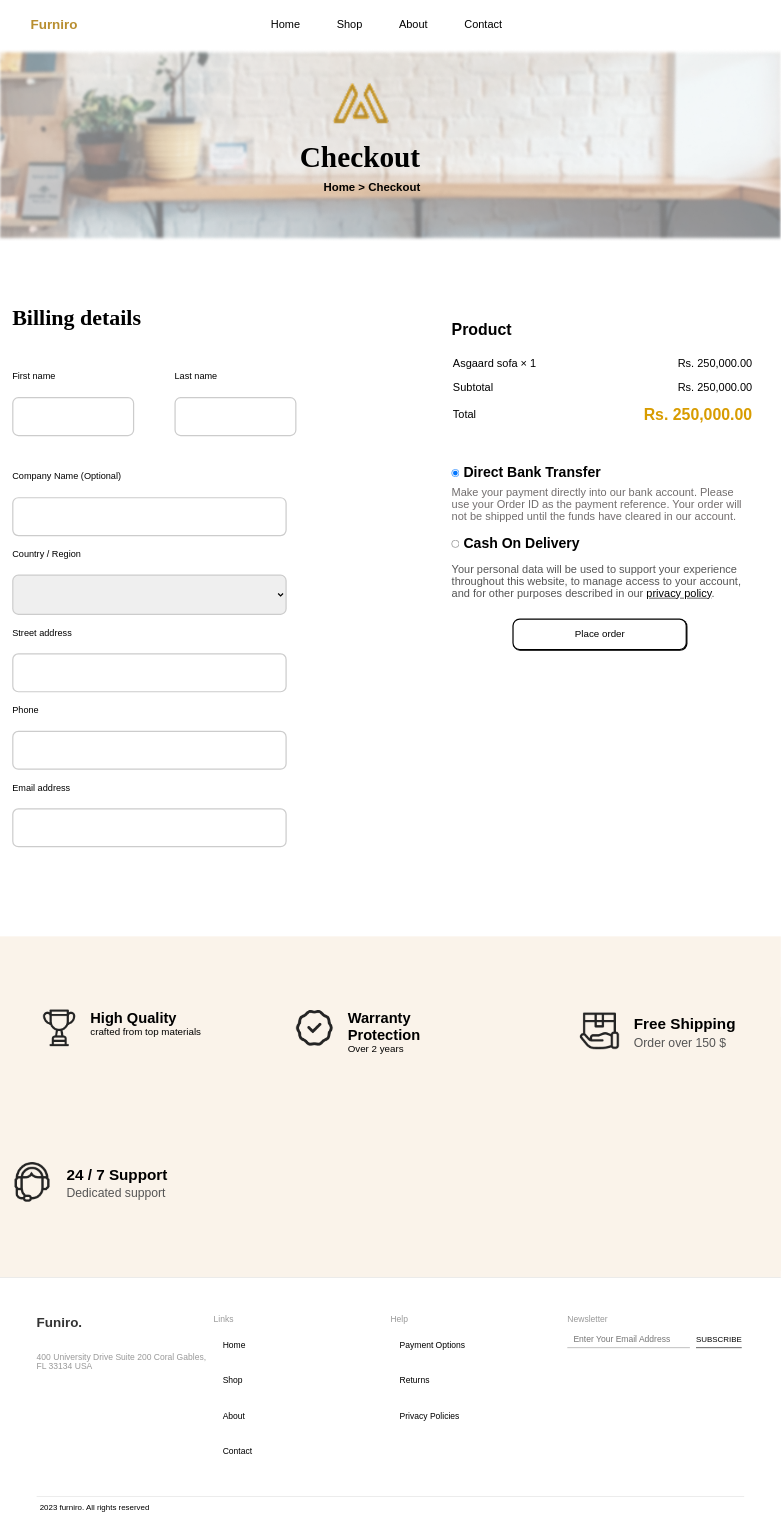
Repository: Ali1Kh/Furniro-ITI
Page: pages/checkout.html
These files come from the project's save history. The page is drawn as it stood at one moment and after the next save; the edit follows.
The browser window is 1280 px wide. The pictures show the whole page, at 61% of full size.

Above is the page before, as saved 2025-07-19 21:57:37.

### pages/checkout.html
<!DOCTYPE html>
<html lang="en">

<head>
  <meta charset="UTF-8">
  <meta name="viewport" content="width=device-width, initial-scale=1.0">
  <title>CheckOut</title>
  <link rel="shortcut icon" href="../assets/icons/Logo.png" type="image/x-icon">
  <link rel="stylesheet" href="../styles/index.css">
  <link rel="stylesheet" href="../styles/checkout.css">
</head>

<body>

  <nav>
    <!-- Navigation -->
    <div class="navBar">
      <div class="text">
        <p>Furniro</p>
      </div>

      <div class="menu-icon" onclick="toggleSidebar()">☰</div>

      <div class="navBarLinks">
        <ul>
          <li><a href="/pages/home.html">Home</a></li>
          <li><a href="/pages/shop.html">Shop</a></li>
          <li><a href="/">About</a></li>
          <li><a href="/pages/contact.html">Contact</a></li>
        </ul>
      </div>

     <div class="navBarIcons">
        <a href="/pages/Compare.html"><i class="fa-solid fa-user"></i></a>
        <a href="/pages/shop.html"><i class="fa-solid fa-magnifying-glass"></i></a>
        <a href="/"><i class="fa-solid fa-heart"></i></a>
        <a href="/pages/checkout.html"><i class="fa-solid fa-cart-plus"></i></a>
      </div>
    </div>


    <!-- Sidebar for mobile -->
    <div class="sidebar" id="sidebar">
      <a href="" onclick="toggleSidebar()">✖</a>
      <a href="">Home</a>
      <a href="/pages/shop.html">Shop</a>
      <a href="/">About</a>
      <a href="/pages/contact.html">Contact</a>
    </div>
  </nav>

  <main class="checkout">
    <div id="home">
      <div class="img-conteaner">
        <img src="../assets/img/Rectangle 1.png" alt="">

        <div class="text-conteaner">
          <img src="../assets/icons/Logo.png" alt="" style="width: 100px;height: 77px;margin-top: -80px; left: 1px; ">
          <h2 style="font-size: 48px; font-family: Poppins; top: 20px;">Checkout</h2>
          <h3 style="top: 30px;left: -11px; "><span style="width: 48;height: 24;top: 295px;left: 660px; ">Home ></span>
            Checkout</h3>
        </div>
      </div>
    </div>

    <div id="content">
      <div class="form">
        <h1 style="font-family: Poppins;font-weight: 600;font-style: SemiBold;font-size: 36px;">Billing details</h1>
        <br><br>
        <form>
          <div class="input" style="width: 200px;">
            <label>First name</label><br>
            <input type="text" name="firatname" id="firatname">
          </div>

          <div class="input" style="width: 200px; position: relative;bottom: 127px;left: 266px;">
            <label>Last name</label><br>
            <input type="text" name="lastname" id="lastname">
          </div>

          <div class="input" style="position: relative; bottom: 90px; width: 450px;">
            <label>Company Name (Optional)</label><br>
            <input type="text" name="Companyname(Optional)" id="Companyname(Optional)">
          </div>

          <div class="input" style="position: relative; bottom: 90px; width: 450px;">
            <label>Country / Region</label><br>
            <select>
              <option></option>
              <option>UK</option>
              <option>Argantina</option>
              <option>Brasil</option>
              <option>Egypt</option>
              <option>USA</option>
            </select>
          </div>

          <div class="input" style="position: relative; bottom: 90px; width: 450px;">
            <label>Street address</label><br>
            <input type="text" name="Streetaddress" id="Streetaddress">
          </div>

          <div class="input" style="position: relative; bottom: 90px; width: 450px;">
            <label>Phone</label><br>
            <input type="number" name="Phone" id="Phone">
          </div>

          <div class="input" style="position: relative; bottom: 90px; width: 450px;">
            <label>Email address</label><br>
            <input type="email" name="Emailaddress" id="Emailaddress">
          </div><br><br>

        </form>
      </div>
      <div class="table">
        <div class="order-summary">
          <h2>Product</h2>
          <table>
            <tr>
              <td>Asgaard sofa × 1</td>
              <td style="text-align: right;">Rs. 250,000.00</td>
            </tr>
            <tr>
              <td>Subtotal</td>
              <td style="text-align: right;">Rs. 250,000.00</td>
            </tr>
            <tr>
              <td>Total</td>
              <td style="text-align: right;" class="total">Rs. 250,000.00</td>
            </tr>
          </table><br><br>

          <div class="payment-methods">
            <label><input type="radio" name="payment" checked> Direct Bank Transfer</label>
            <p>
              Make your payment directly into our bank account. Please use your Order ID as the payment reference. Your
              order will not be shipped until the funds have cleared in our account.
            </p>

            <label><input type="radio" name="payment"> Cash On Delivery</label>
          </div>

          <div class="privacy">
            Your personal data will be used to support your experience throughout this website, to manage access to your
            account, and for other purposes described in our <a href="#">privacy policy</a>.
          </div>

          <button class="btn">Place order</button>
        </div>
      </div>
    </div>

    <div id="quality">
      <div class="1"
        style="display: flex; gap: 1.5rem; padding-top: 80px; padding-bottom: 80px;width: 25%;padding-left: 50px;">
        <div class="l"><img src="../assets/icons/Group copy.png" alt=""></div>
        <div class="r">
          <h2>High Quality</h2>
          <p>crafted from top materials</p>
        </div>

      </div>
      <div class="2" style="display: flex; gap: 1.5rem; padding-top: 80px; padding-bottom: 80px;width: 25%;">
        <div class="l"><img src="../assets/icons/Group (2).png" alt=""></div>
        <div class="r">
          <h2>Warranty Protection</h2>
          <p>Over 2 years</p>
        </div>

      </div>
      <div class="quality-box" style="display: flex; gap: 1.5rem; padding-top: 80px; padding-bottom: 80px;width: 25%;">
        <div class="l"><img src="../assets/icons/Vector (2).png" alt=""></div>
        <div class="r">
          <h2>Free Shipping</h2>
          <p>Order over 150 $</p>
        </div>

      </div>
      <div class="quality-box" style="display: flex; gap: 1.5rem; padding-top: 80px; padding-bottom: 80px;width: 25%;">
        <div class="l"><img src="../assets/icons/customer-support.png" alt=""></div>
        <div class="r">
          <h2>24 / 7 Support</h2>
          <p>Dedicated support</p>
        </div>

      </div>

    </div>
  </main>

  <footer class="footer">
    <div class="footer-container">
      <div class="footer-sec">
        <h2 class="logo">Funiro.</h2>
        <p style="padding-top: 20px;">400 University Drive Suite 200 Coral Gables,<br>FL 33134 USA</p>
      </div>

      <div class="footer-sec">
        <h4>Links</h4>
        <ul>
          <li><a href="#">Home</a></li>
          <li><a href="#">Shop</a></li>
          <li><a href="#">About</a></li>
          <li><a href="#">Contact</a></li>
        </ul>
      </div>

      <div class="footer-sec">
        <h4>Help</h4>
        <ul>
          <li><a href="#">Payment Options</a></li>
          <li><a href="#">Returns</a></li>
          <li><a href="#">Privacy Policies</a></li>
        </ul>
      </div>

      <div class="footer-sec new">
        <h4>Newsletter</h4>
        <div class="subscribe">
          <input type="email" placeholder="Enter Your Email Address">
          <button>SUBSCRIBE</button>
        </div>
      </div>
    </div>

    <div class="footer-bottom">
      <p>2023 furniro. All rights reserved</p>
    </div>
  </footer>

  <script src="../scripts/index.js"></script>

</body>

</html>

### styles/index.css
:root {
  --mainColor: #feeed8;
}

* {
  margin: 0;
  padding: 0;
  box-sizing: border-box;
}

body {
  font-family: "Poppins", sans-serif;
}

.navBar img {
  display: inline;
}

.navBar {
  width: 100%;
  height: 80px;
  display: flex;
  justify-content: space-between;
  align-items: center;
  padding: 0 50px;
  background-color: #fff;
  z-index: 1000;
  position: sticky;
  top: 0;
}

.navBarLinks ul {
  list-style: none;
  display: flex;
  gap: 60px;
}

.navBarLinks a {
  text-decoration: none;
  font-size: 18px;
  color: black;
}

.navBarIcons {
  display: flex;
  gap: 30px;
}

.text p {
  font-weight: bold;
  font-size: 22px;
  color: #b88e2f;
}

/* Sidebar for mobile */
.sidebar {
  height: 100%;
  width: 0;
  position: fixed;
  background-color: #8d8d8d;
  overflow-x: hidden;
  transition: 0.3s;
  padding-top: 60px;
  z-index: 999;
}
.sidebar a {
  padding: 12px 20px;
  text-decoration: none;
  font-size: 20px;
  color: white;
  display: block;
}
.sidebar a:hover {
  background-color: #444;
}

.menu-icon {
  font-size: 28px;
  cursor: pointer;
  display: none;
  padding: 15px;
}

/* Quality */

#quality {
  display: flex;
  background-color: rgba(250, 243, 234, 1);
  width: 100%;
}

/* Page Header */

#pageHeader .imge {
  position: relative;
  width: 100%;
  height: auto;
}

#pageHeader .imge img {
  width: 100%;
  height: auto;
  display: block;
}

#pageHeader .adresIn {
  position: absolute;
  top: 50%;
  left: 50%;
  transform: translate(-50%, -50%);
  color: black;
  text-align: center;
}

#pageHeader .mainP1 {
  font-size: 48px;
}
#pageHeader .scoundP1 {
  font-size: 16px;
}

.footerBox {
  height: 400px;
  width: 100%;
}
.with-line::before,
.with-line::after {
  content: "";
  display: block;
  height: 1px;
  background-color: #c6c6c6;
  margin: 20px auto;
  width: 100%;
}

.with-line::after {
  width: 82%;
}

.infoterbox {
  margin-left: 100px;
  margin-right: 100px;
  display: grid;
  grid-template-columns: 1fr 1fr 1fr 1.5fr;
  gap: 20px;
  padding: 30px;
  color: white;

  height: 100%;
}

.mainFooterBar {
  font-weight: bold;
  font-size: 24px;
  color: #000;
}
.scoundFooterBar {
  font-size: 16px;
  font-weight: 300;
  color: #9f9f9f;
  position: relative;
  top: 40px;
}

.prgraphF {
  position: relative;
  top: 54px;
}

.infoterboxLM a,
.infoterboxRM a {
  display: block;
  margin-top: 55px;
  text-decoration: none;
  color: #000;
  width: 70%;
}

.infoterboxLM p,
.infoterboxRM p,
.prgraphFF p {
  font-size: 16px;
  font-weight: 300;
  color: #9f9f9f;
}

.SUBSCRIBE {
  position: relative;
  top: 53px;
}

.SUBSCRIBE button {
  font-size: 14px;
  font-weight: bold;
  width: 85px;
  height: 21px;
  border: none;
  border-bottom: 1px solid black;
  margin-left: 15px;
  background-color: white;

  cursor: pointer;
}

.SUBSCRIBE input {
  font-size: 14px;
  width: 200px;
  height: 21px;
  color: #9f9f9f;
  border: none;
  border-bottom: 1px solid black;
}

.SUBSCRIBE input:focus {
  outline: none;
}

@media (max-width: 768px) {
  .navBarLinks {
    display: none;
  }
  .menu-icon {
    display: block;
  }
  .navBarIcons {
    display: none;
  }
}

@media (max-width: 767px) {
  .navBarIcons {
    display: none;
  }
}

### styles/checkout.css
* {
  margin: 0;
  padding: 0;
}
.checkout ul {
  list-style: none;
}

.checkout a {
  text-decoration: none;
}

/* start header */

#header {
  background-color: rgb(250, 245, 240);
  border: 1px solid #ccc;
  width: 100%;
  height: 90px;
}
#header .navbar {
  display: flex;
  justify-content: space-between;
  align-items: center;
}
#header .navbar .logo {
  display: flex;
  width: 185;
  height: 41;
  opacity: 1;
  top: 29px;
  left: 54px;
  gap: 5px;
}
#header .navbar img {
  width: 185;
  height: 41px;
  top: 29px;
  left: 54px;
  gap: 5px;
}

/* #header .navbar .imgs{
    width: 300px;
    display: flex;
    position: relative;
    bottom: 10px;
} */

#header .navbar ul {
  display: flex;
}
#header .navbar ul li a {
  position: relative;
  color: black;
  font-size: 25px;
  margin: 0 20px;
  font-weight: bold;
  transition: 0.3s ease;
  bottom: 15px;
}
#header .navbar ul li a:hover {
  color: bisque;
}

/* finish header */

.img-conteaner {
  position: relative;
  width: 100%;
}

.img-conteaner img {
  width: 100%;
  height: 316px;
  top: 100px;
}

.text-conteaner {
  position: absolute;
  top: 50%;
  left: 50%;
  transform: translate(-50%, -50%);
}
.text-conteaner h3 {
  position: relative;
  bottom: 90px;
  left: 40px;
}
.text-conteaner h2 {
  position: relative;
  bottom: 90px;
  left: -50px;
}

#content {
  display: flex;
  justify-content: space-between;
  gap: 8rem;
  max-width: 1240px;
  margin: auto;
  padding-top: 100px;
}

.form {
  width: 50%;
}

.form h1 {
  font-size: 36px;
  font-weight: 600;
  margin-bottom: 30px;
}

form label {
  font-weight: 500;
  margin-bottom: 8px;
  display: block;
  font-size: 15px;
}

form input,
form select {
  width: 100%;
  padding: 22px;
  border: 2px solid #ccc;
  border-radius: 10px;
  font-size: 14px;
}

.input {
  margin-bottom: 20px;
}

.table {
  width: 48%;
}

.order-summary {
  padding: 25px;
}

.order-summary h2 {
  font-size: 26px;
  margin-bottom: 20px;
}

.order-summary table {
  width: 100%;
  margin-bottom: 20px;
}

.order-summary table td {
  padding: 8px 0;
  font-size: 18px;
}

.order-summary .total {
  font-weight: bold;
  color: #d89c00;
  font-size: 26px;
}

.payment-methods label {
  display: block;
  margin-bottom: 10px;
  font-weight: bold;
  font-size: 23px;
}

.payment-methods p {
  font-size: 18px;
  color: #716d6d;
  margin: 10px 0 20px;
  line-height: 1.1;
}

.privacy {
  font-size: 18px;
  color: #555;
  margin: 20px 0;
  line-height: 1.1;
}

.privacy a {
  text-decoration: underline;
  color: black;
}

.btn {
  padding: 15px 100px;
  background: #fff;
  border: 2px solid black;
  border-radius: 12px;
  font-size: 16px;
  transition: 0.3s ease;
  margin-left: 100px;
  margin-top: 10px;
  box-shadow: 1px 1px 1px black;
}

.btn:hover {
  background-color: #babd8e;
}

#quality {
  display: flex;
  justify-content: space-between;
  background-color: rgba(250, 243, 234, 1);
  width: 100%;
  flex-wrap: wrap;
  padding: 40px 20px;
  gap: 1rem;
}

.quality-box {
  display: flex;
  gap: 1.5rem;
  width: 23%;
  padding-top: 40px;
  padding-bottom: 40px;
  box-sizing: border-box;
  align-items: center;
}

.quality-box img {
  width: 65px;
}

.quality-box h2 {
  font-size: 25px;
  margin-bottom: 5px;
}

.quality-box p {
  font-size: 20px;
  color: #555;
}


.footer {
  background-color: #fff;
  padding: 40px 60px 20px;
  border-top: 1px solid #e0e0e0;
  color: #333;
}

.footer-container {
  display: flex;
}

.footer-sec {
  flex: 1 1 200px;
  margin: 20px 0;
}

.footer-sec h2.logo {
  font-size: 22px;
  font-weight: 700;
  margin-bottom: 15px;
}

.footer-sec h4 {
  font-size: 14px;
  font-weight: 500;
  color: #999;
  margin-bottom: 10px;
}

.footer-sec ul {
  list-style: none;
  padding: 0;
  margin: 0;
}

.footer-sec ul li {
  margin-bottom: 10px;
  padding: 15px;
}

.footer-sec ul li a {
  text-decoration: none;
  color: #000;
  font-size: 14px;
}

.footer-sec p {
  color: #999;
  font-size: 14px;
}

.new .subscribe {
  display: flex;
  gap: 10px;
  margin-top: 10px;
}

.new input {
  padding: 6px 10px;
  font-size: 14px;
  border: none;
  border-bottom: 1px solid #999;
  outline: none;
}

.new button {
  background: none;
  border: none;
  border-bottom: 1px solid #000;
  color: #000;
  font-size: 13px;
  font-weight: 500;
}

.footer-bottom {
  border-top: 1px solid #e0e0e0;
  padding: 5px;
  margin-top: 20px;
  padding-top: 10px;
  text-align: left;
  font-size: 13px;
  color: #000;
}

@media (max-width: 790px) {
  #content {
    flex-direction: column;
    gap: 3rem;
    padding: 50px 20px;
  }

  .form,
  .table {
    width: 100%;
  }

  .btn {
    width: 100%;
    margin-left: 0;
  }
   .quality-box {
    width: 100%;
    flex-direction: row;
    justify-content: start;
    padding: 20px 0;
     position: relative;
    left: 30%;

  }

  #quality {
    flex-direction: column;
    gap: 0;

  }
}
@media (max-width: 768px) {
  .footer-container {
    flex-direction: column;
    gap: 30px;
  }

  .footer-sec {
    margin: 10px 0;
  }

  .new .subscribe {
    flex-direction: column;
    align-items: flex-start;
  }

  .new input,
  .new button {
    width: 50%;
  }

  .footer {
    padding: 30px 20px 10px;
  }

  .footer-bottom {
    text-align: center;
    font-size: 12px;
  }
}

### scripts/index.js
function toggleSidebar() {
  const sidebar = document.getElementById("sidebar");
  if (sidebar.style.width === "250px") {
    sidebar.style.width = "0";
  } else {
    sidebar.style.width = "250px";
  }
}

function toggleSidebar() {
  const sidebar = document.getElementById("sidebar");
  if (sidebar.style.display === "flex") {
    sidebar.style.display = "none";
  } else {
    sidebar.style.display = "flex";
  }
}

After the next save:
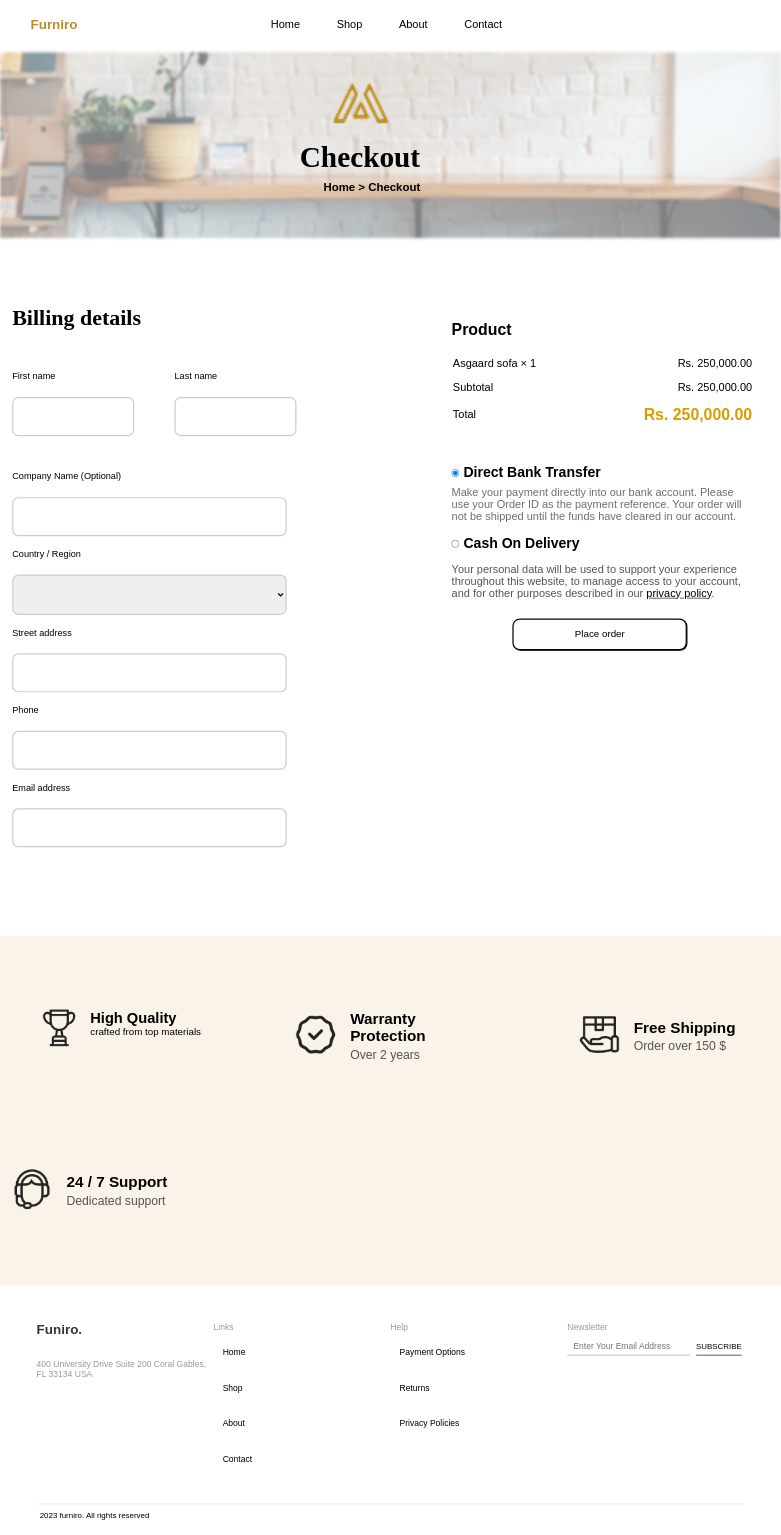
Saved 4 s later.
--- a/pages/checkout.html
+++ b/pages/checkout.html
@@ -160,7 +160,7 @@
         </div>
 
       </div>
-      <div class="2" style="display: flex; gap: 1.5rem; padding-top: 80px; padding-bottom: 80px;width: 25%;">
+      <div class="quality-box" style="display: flex; gap: 1.5rem; padding-top: 80px; padding-bottom: 80px;width: 25%;">
         <div class="l"><img src="../assets/icons/Group (2).png" alt=""></div>
         <div class="r">
           <h2>Warranty Protection</h2>
